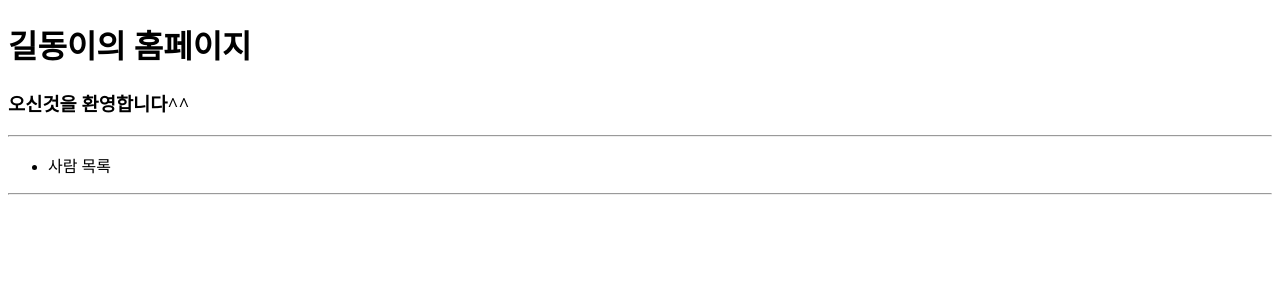
Repository: kkw2758/Front-end
Page: http://localhost/jsp_suvlet_ex01/
These files come from the project's save history. The page is drawn as it stood at one moment and after a run of saves; the edit follows.
The browser window is 1280 px wide. The pictures show the whole page.
The page is served by Tomcat 9. Other server files are loaded and not shown.

Above is the page before, as saved 2023-02-27 01:49:11.

### backend_work/JAVA/day02/jsp_suvlet_ex01/webapp/index.jsp
<%@ page language="java" contentType="text/html; charset=UTF-8"
    pageEncoding="UTF-8"%>
<!DOCTYPE html>
<html>
<head>
<meta charset="UTF-8">
<title>webapp/index.jsp</title>
</head>
<body>
	<h1>길동이의 홈페이지</h1>
	<h3>오신것을 환영합니다^^</h3>
	<hr/>
	<ul>
		<li>사람 목록</li>
	</ul>
	<hr/>

</body>
</html>
<!--
[ JSP에서 젠코딩 가능하게 하려면 ]
marketplace에서 emmet 검색 및 설치
이클립스 Window > Preferences에서  emmet 설정에 .jsp 확장자 추가
-->

After the next 2 saves:
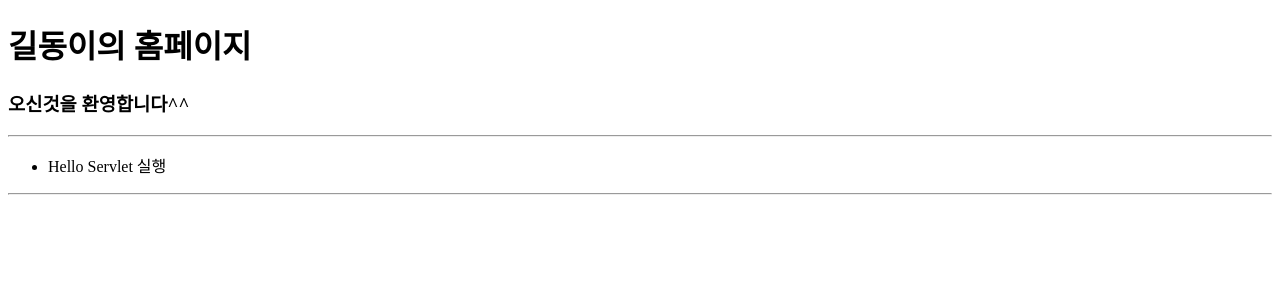
The 2 saves are shown as one change because they came seconds apart.
The last was saved 53 s later.
--- a/backend_work/JAVA/day02/jsp_suvlet_ex01/webapp/index.jsp
+++ b/backend_work/JAVA/day02/jsp_suvlet_ex01/webapp/index.jsp
@@ -11,7 +11,8 @@
 	<h3>오신것을 환영합니다^^</h3>
 	<hr/>
 	<ul>
-		<li>사람 목록</li>
+	<!-- web.xml의 ulr-pattern에서는 "/"를 반드시 넣어줘야함 -->
+		<li><a href="hello"></a>Hello Servlet 실행</li>
 	</ul>
 	<hr/>
 
